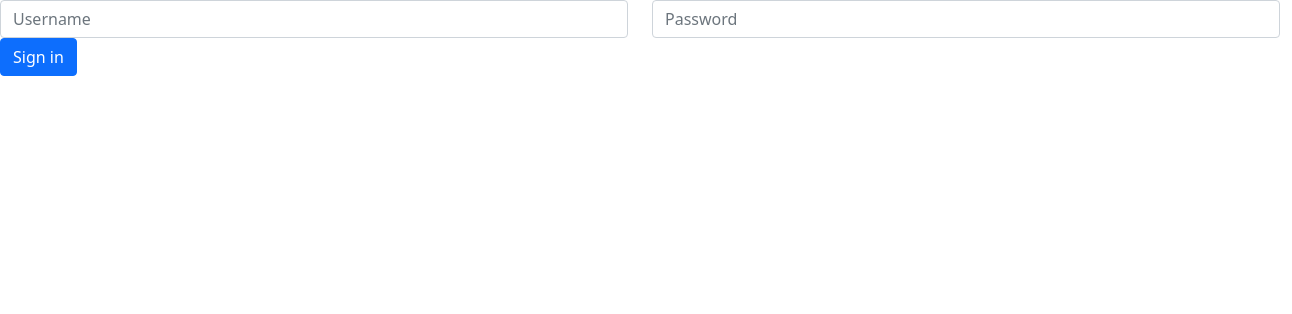
Repository: dilaraozdem1r/BooksApp
Page: /admin/page
The author's editor kept a copy of each file at every save. The page is drawn from the files as they stood at one save, then again after a run of saves.
The browser window is 1280 px wide. The page is 1292 px wide, then 1280 px, so the pictures cover 1292 px, including what lies to the right of the window. The pictures show the whole page.
The page's requests for data from a server got no answer. The project was rebuilt for these pictures with package versions that can differ from the ones it lists, and the page was loaded fresh each time. No one was signed in, and anything a server would have sent is missing. Also part of the build but not shown: src/Components/BookList.js, src/Components/SearchBar.js.

Above is the page before, as saved 2021-08-19 20:53:22.

After the next 2 saves:
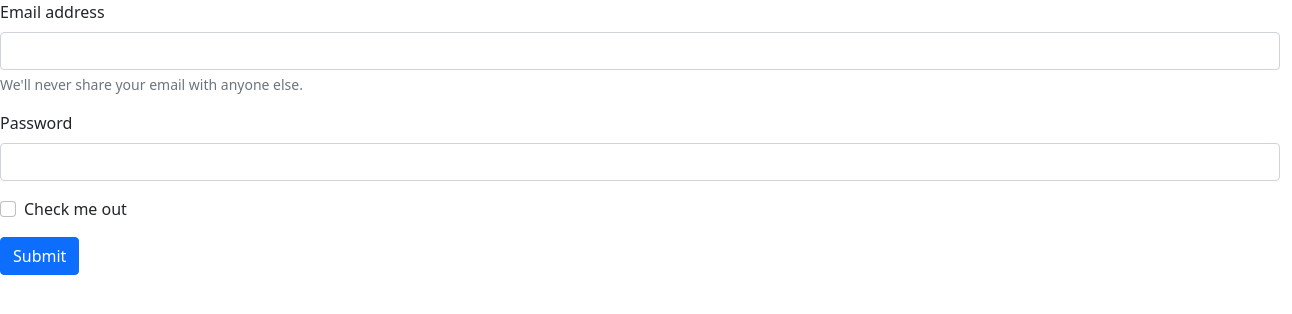
The 2 saves are shown as one change because 1 did not build or start.
The last was saved 16 h 19 min later.
--- a/src/Components/Admin.js
+++ b/src/Components/Admin.js
@@ -4,24 +4,40 @@ class Admin extends React.Component {
 
     render() {
         return (
-         <Router>
-            <Switch>
-            <div class="row">
-                <div class="col">
-                    <input type="text" class="form-control" placeholder="Username" aria-label="First name" />
-                </div>
-                <div class="col">
-                    <input type="password" class="form-control" placeholder="Password" aria-label="Last name" />
-                </div>
-                <div class="col-12">
-                    <button type="submit" class="btn btn-primary">Sign in</button>
-                </div>
-            </div>
+            <Router>
+                <Switch>
+                    <form>
+                        <div class="mb-3">
+                            <label for="exampleInputEmail1" class="form-label">Email address</label>
+                            <input type="email" class="form-control" id="exampleInputEmail1" aria-describedby="emailHelp"/>
+                                <div id="emailHelp" class="form-text">We'll never share your email with anyone else.</div>
+  </div>
+                            <div class="mb-3">
+                                <label for="exampleInputPassword1" class="form-label">Password</label>
+                                <input type="password" class="form-control" id="exampleInputPassword1"/>
+  </div>
+                                <div class="mb-3 form-check">
+                                    <input type="checkbox" class="form-check-input" id="exampleCheck1"/>
+                                        <label class="form-check-label" for="exampleCheck1">Check me out</label>
+  </div>
+                                    <button type="submit" class="btn btn-primary">Submit</button>
+</form>
          </Switch>
         </Router>
 
-        )
+                        )
     }
 
 }
-export default Admin;
+                        export default Admin;
+                        <div class="row">
+                            <div class="col">
+                                <input type="text" class="form-control" placeholder="Username" aria-label="First name" />
+                            </div>
+                            <div class="col">
+                                <input type="password" class="form-control" placeholder="Password" aria-label="Last name" />
+                            </div>
+                            <div class="col-12">
+                                <button type="submit" class="btn btn-primary">Sign in</button>
+                            </div>
+                        </div>
